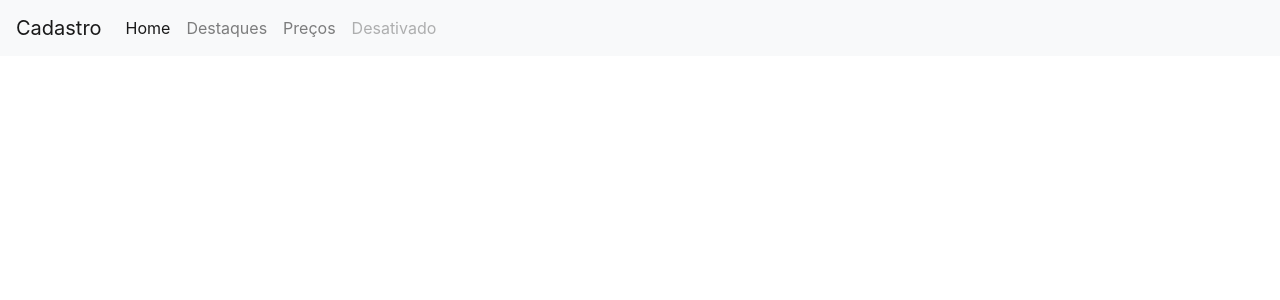
Repository: stefanosousaa/crud-php
Page: http://localhost/?page=novo
These files come from the project's save history. The page is drawn as it stood at one moment and after the next save; the edit follows.
The browser window is 1280 px wide. The pictures show the whole page.
The page is run by PHP 8.4 with error messages shown; the project is at /var/www/html/.

Above is the page before, as saved 2023-05-24 18:55:03.

### index.php
<!DOCTYPE html>
<html lang="pt-br">
  <head>
    <!-- Meta tags Obrigatórias -->
    <meta charset="utf-8">
    <meta name="viewport" content="width=device-width, initial-scale=1, shrink-to-fit=no">

    <!-- Bootstrap CSS -->
    <link rel="stylesheet" href="https://stackpath.bootstrapcdn.com/bootstrap/4.1.3/css/bootstrap.min.css" integrity="sha384-MCw98/SFnGE8fJT3GXwEOngsV7Zt27NXFoaoApmYm81iuXoPkFOJwJ8ERdknLPMO" crossorigin="anonymous">

    <title>Olá, mundo!</title>
  </head>
  <body>
  <nav class="navbar navbar-expand-lg navbar-light bg-light">
  <a class="navbar-brand" href="#">Cadastro</a>
  <button class="navbar-toggler" type="button" data-toggle="collapse" data-target="#navbarNav" aria-controls="navbarNav" aria-expanded="false" aria-label="Alterna navegação">
    <span class="navbar-toggler-icon"></span>
  </button>
  <div class="collapse navbar-collapse" id="navbarNav">
    <ul class="navbar-nav">
      <li class="nav-item active">
        <a class="nav-link" href="#">Home <span class="sr-only">(Página atual)</span></a>
      </li>
      <li class="nav-item">
        <a class="nav-link" href="#">Destaques</a>
      </li>
      <li class="nav-item">
        <a class="nav-link" href="#">Preços</a>
      </li>
      <li class="nav-item">
        <a class="nav-link disabled" href="#">Desativado</a>
      </li>
    </ul>
  </div>
</nav>









    <!-- JavaScript (Opcional) -->
    <!-- jQuery primeiro, depois Popper.js, depois Bootstrap JS -->
    <script src="https://code.jquery.com/jquery-3.3.1.slim.min.js" integrity="sha384-q8i/X+965DzO0rT7abK41JStQIAqVgRVzpbzo5smXKp4YfRvH+8abtTE1Pi6jizo" crossorigin="anonymous"></script>
    <script src="https://cdnjs.cloudflare.com/ajax/libs/popper.js/1.14.3/umd/popper.min.js" integrity="sha384-ZMP7rVo3mIykV+2+9J3UJ46jBk0WLaUAdn689aCwoqbBJiSnjAK/l8WvCWPIPm49" crossorigin="anonymous"></script>
    <script src="https://stackpath.bootstrapcdn.com/bootstrap/4.1.3/js/bootstrap.min.js" integrity="sha384-ChfqqxuZUCnJSK3+MXmPNIyE6ZbWh2IMqE241rYiqJxyMiZ6OW/JmZQ5stwEULTy" crossorigin="anonymous"></script>
  </body>
</html>

After the next save:
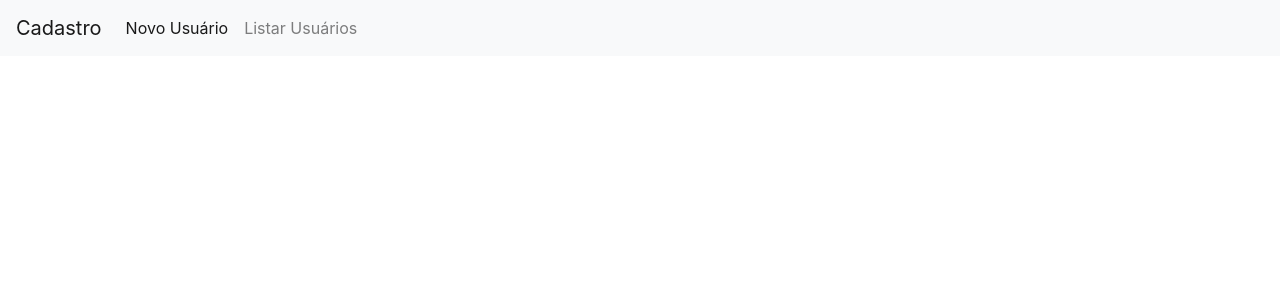
Saved 116 s later.
--- a/index.php
+++ b/index.php
@@ -19,17 +19,12 @@
   <div class="collapse navbar-collapse" id="navbarNav">
     <ul class="navbar-nav">
       <li class="nav-item active">
-        <a class="nav-link" href="#">Home <span class="sr-only">(Página atual)</span></a>
+        <a class="nav-link" href="#">Novo Usuário <span class="sr-only">(Página atual)</span></a>
       </li>
       <li class="nav-item">
-        <a class="nav-link" href="#">Destaques</a>
+        <a class="nav-link" href="#">Listar Usuários</a>
       </li>
-      <li class="nav-item">
-        <a class="nav-link" href="#">Preços</a>
-      </li>
-      <li class="nav-item">
-        <a class="nav-link disabled" href="#">Desativado</a>
-      </li>
+
     </ul>
   </div>
 </nav>
